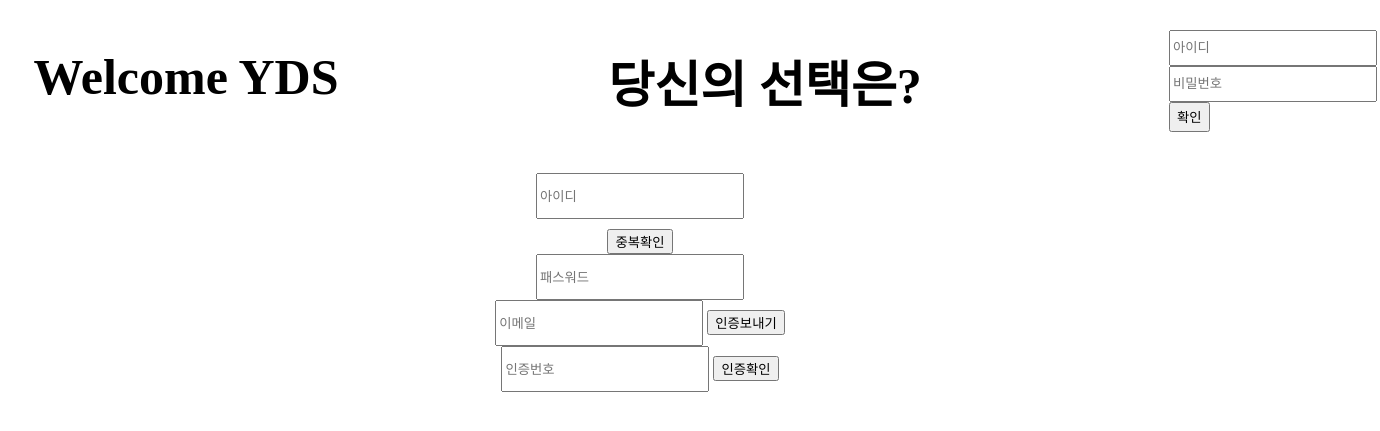
Repository: ejrtn/springbootMaven
Page: deoksu/src/main/resources/static/join.html
These files come from the project's save history. The page is drawn as it stood at one moment and after the next save; the edit follows.
The browser window is 1280 px wide. The page is 1380 px wide, so the pictures cover 1380 px, including what lies to the right of the window. The pictures show the whole page.

Above is the page before, as saved 2021-04-10 13:16:30.

After the next save:
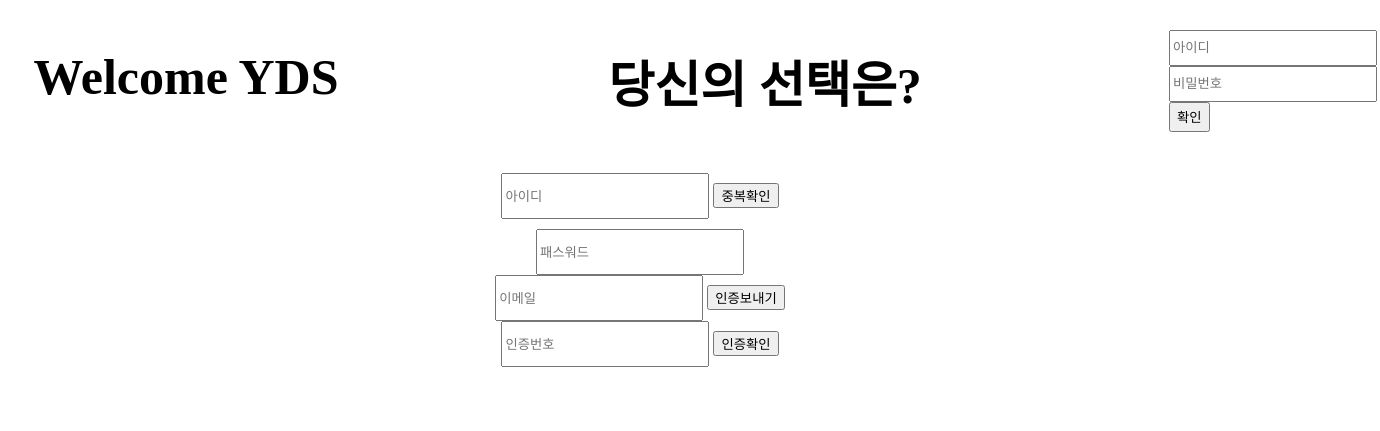
Saved 9 s later.
--- a/deoksu/src/main/resources/static/join.html
+++ b/deoksu/src/main/resources/static/join.html
@@ -47,7 +47,7 @@ function chkPW(){
 		</table>
 	</div>
 	<div align="center" style="margin-top: 20px;">
-		<input type="text" placeholder="아이디" style="width: 200px; height: 40px; margin-bottom: 10px;"><br>
+		<input type="text" placeholder="아이디" style="width: 200px; height: 40px; margin-bottom: 10px;">
 		<input type="button" value="중복확인"><br>
 		<input type="password" placeholder="패스워드" style="width: 200px; height: 40px;"><br>
 		<input type="email" placeholder="이메일" style="width: 200px; height: 40px;">
